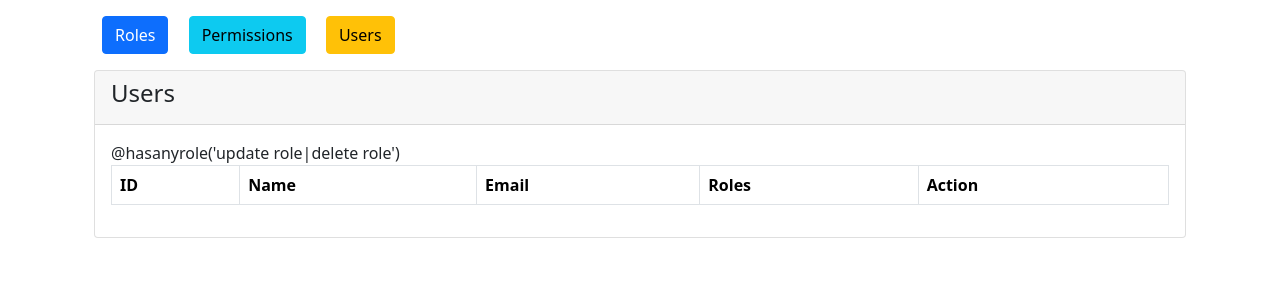
Repository: viisantos/permission_demo
Page: http://localhost/users
The author's editor kept a copy of each file at every save. The page is drawn from the files as they stood at one save, then again after a run of saves.
The browser window is 1280 px wide. The pictures show the whole page.
The page is served by the project's Laravel application, run on PHP 8.4 with Laravel 10. Other server files are loaded and not shown. Queries for data that is not in the repository find no rows.

Above is the page before, as saved 2024-05-25 21:08:10.

### routes/web.php
<?php

use App\Http\Controllers\ProfileController;
use Illuminate\Support\Facades\Route;

/*
|--------------------------------------------------------------------------
| Web Routes
|--------------------------------------------------------------------------
|
| Here is where you can register web routes for your application. These
| routes are loaded by the RouteServiceProvider and all of them will
| be assigned to the "web" middleware group. Make something great!
|
*/

Route::get('/', function () {
    return view('welcome');
});

Route::get('/dashboard', function () {
    return view('dashboard');
})->middleware(['auth', 'verified'])->name('dashboard');

/*
Route::middleware('auth')->group(function () {

});*/

Route::group(['middleware' => ['role:super-admin|admin|regular']], function () {
    Route::get('/profile', [ProfileController::class, 'edit'])->name('profile.edit');
    Route::patch('/profile', [ProfileController::class, 'update'])->name('profile.update');
    Route::delete('/profile', [ProfileController::class, 'destroy'])->name('profile.destroy');
    Route::name('profile.destroy')->middleware('permission:delete role');
    Route::resource('permissions', App\Http\Controllers\PermissionController::class);
    //Route::get('permissions/{permissionId}/delete', [App\Http\Controllers\PermissionController::class, 'destroy']);
    Route::resource('roles', App\Http\Controllers\RoleController::class);
   // Route::get('roles/{roleId}/delete', [App\Http\Controllers\RoleController::class, 'destroy']);
    Route::get('roles/{role}/add-permissions', [App\Http\Controllers\RoleController::class, 'addPermissionToRole'])->name('roles.add-permissions');
    Route::put('roles/{role}/give-permissions', [App\Http\Controllers\RoleController::class, 'givePermissionToRole'])->name('roles.give-permissions');
    Route::resource('users', App\Http\Controllers\UserController::class);
    //Route::get('users/{userId}/delete', [App\Http\Controllers\UserController::class, 'destroy']);
});

require __DIR__.'/auth.php';

### app/Http/Controllers/UserController.php
<?php

namespace App\Http\Controllers;

use Illuminate\Http\Request;
use App\Models\User;
use Illuminate\Support\Facades\Hash;
use Spatie\Permission\Models\Role;

class UserController extends Controller
{
    public function __construct(){
        $this->middleware('permission:delete user', ['only' => ['destroy']]);
        $this->middleware('permission:update user', ['only' => ['update','edit']]);
        $this->middleware('permission:view user',   ['only' => ['index','show']]);
        $this->middleware('permission:create user', ['only' => ['create','store']]);
    }
    public function index(){
        $users = User::get();
        return view('role-permission.user.index', compact('users'));
    }

    public function create(){
        $roles = Role::pluck('name','name')->all();
        return view('role-permission.user.create', compact('roles'));
    }
    public function store(Request $request){
     /*
        $request->validate([
            'name' => 'required|string|max:255',
            'email' => 'required|email|max:255',
            'password' => 'required|string|min:8|max:20',
            'roles' => 'required'
        ]);*/


        $user = User::create([
            'name'  => $request->name,
            'email' => $request->email,
            'password' => Hash::make($request->password),
        ]);


        $user->syncRoles($request->roles);


        return redirect('/users')->with('status','User created successfully with roles');

    }

    public function edit(User $user){
        $roles = Role::pluck('name','name')->all();
        $userRoles = $user->roles->pluck('name','name')->all();

        return view('role-permission.user.edit', compact('user','roles','userRoles'));
    }

    public function update(Request $request, User $user){

        $data = [
            'name'  => $request->name,
            'email' => $request->email
        ];

        if(!empty($request->password)){
            $data += [
                'password' => Hash::make($request->password),
            ];
        }

        $user->update($data);
        $user->syncRoles($request->roles);

        return redirect('/users')->with('status','User updated successfully');
    }

    public function destroy(User $user){
        //$user = User::findOrFail($userId);
        $user->delete();
        return redirect('/users')->with('status','User deleted successfully');
    }
}

### resources/views/role-permission/user/index.blade.php
<head>
    <link href="https://cdn.jsdelivr.net/npm/bootstrap@5.3.2/dist/css/bootstrap.min.css" rel="stylesheet" integrity="sha384-T3c6CoIi6uLrA9TneNEoa7RxnatzjcDSCmG1MXxSR1GAsXEV/Dwwykc2MPK8M2HN" crossorigin="anonymous">
    <link rel="stylesheet" href="https://cdn.jsdelivr.net/npm/bootstrap@5.1.3/dist/css/bootstrap.min.css" />
</head>
@include('role-permission.nav-links')
<div class="container">
    <div class="row">
        <div class="col-md-12">
            @if(session('status'))
                <div class="alert alert-success">
                    {{ session('status') }}
                </div>
            @endif
            <div class="card mt-3">
                <div class="card-header">
                    <h4>Users</h4>
                    @can('create user')
                        <a href="{{ route('users.create') }}" class="btn btn-primary float-end">Add User</a>
                    @endcan
                </div>
                <div class="card-body">
                    <table class="table table-bordered table-striped">
                        <thead>
                            <tr>
                                <th>ID</th>
                                <th>Name</th>
                                <th>Email</th>
                                <th>Roles</th>
                                @hasanyrole('update role|delete role')
                                <th>Action</th>
                            </tr>
                        </thead>
                        <tbody>
                            @foreach($users as $user)
                                <tr>
                                    <td>{{ $user->id }}</td>
                                    <td>{{ $user->name }}</td>
                                    <td>{{ $user->email }}</td>
                                    <td>
                                        @if(!empty($user->getRoleNames()))
                                            @foreach($user->getRoleNames() as $rolename)
                                                <label class="badge bg-primary mx-1">{{ $rolename }}</label>
                                            @endforeach
                                        @endif
                                    </td>
                                    <td>
                                        @can('update user')
                                            <a href="{{ route('users.edit', ['user' => $user->id]) }}" class="btn btn-success">Edit</a>
                                        @endcan
                                        @can('delete user')
                                            <form action="{{ route('users.destroy', $user->id) }}" method="POST" style="display: inline;">
                                                @csrf
                                                @method('DELETE')
                                                <button type="submit" class="btn btn-danger">Delete</button>
                                            </form>
                                        @endcan
                                    </td>
                                </tr>
                            @endforeach
                        </tbody>
                    </table>
                </div>
            </div>
        </div>
    </div>
</div>

### resources/views/role-permission/nav-links.blade.php
<div class="container mt-3">
    <a href="{{ route('roles.index') }}" class="btn btn-primary mx-2">Roles</a>
    <a href="{{ route('permissions.index') }}" class="btn btn-info mx-2">Permissions</a>
    <a href="{{ route('users.index') }}" class="btn btn-warning mx-2">Users</a>
</div>

Loaded but not shown: routes/auth.php (common file); app/Http/Controllers/Auth/EmailVerificationPromptController.php (common file); app/Http/Controllers/Controller.php (common file); app/Http/Controllers/Auth/VerifyEmailController.php (common file); app/Models/User.php (common file)

After the next 4 saves:
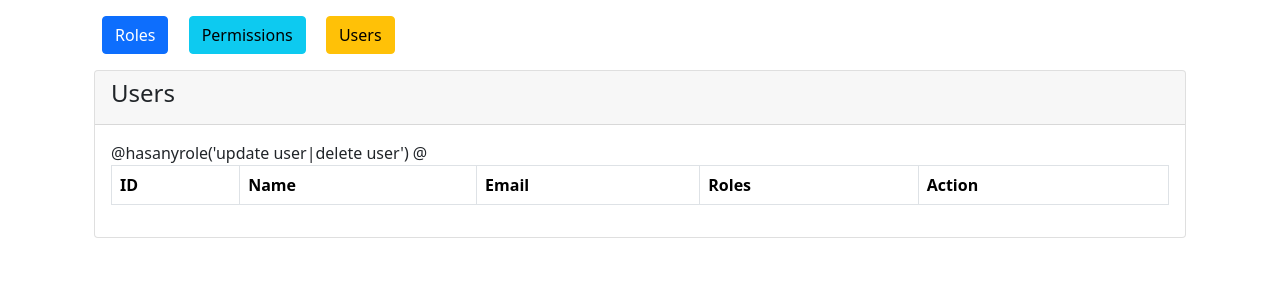
The 4 saves are shown as one change because they came seconds apart.
The last was saved 12 s later.
--- a/resources/views/role-permission/user/index.blade.php
+++ b/resources/views/role-permission/user/index.blade.php
@@ -26,8 +26,9 @@
                                 <th>Name</th>
                                 <th>Email</th>
                                 <th>Roles</th>
-                                @hasanyrole('update role|delete role')
+                                @hasanyrole('update user|delete user')
                                 <th>Action</th>
+                                @
                             </tr>
                         </thead>
                         <tbody>
